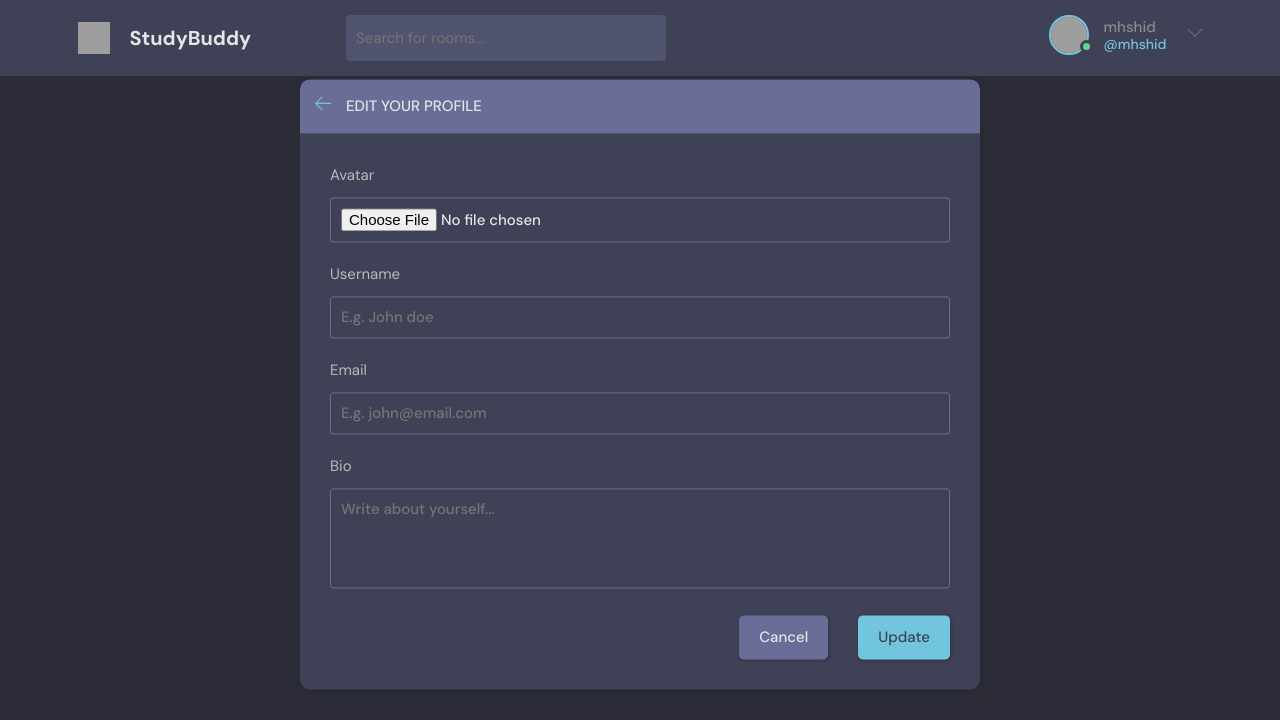
Repository: mahshid-o/basu-platform
Page: http://localhost/update-user/
These files come from the project's save history. The page is drawn as it stood at one moment and after the next save; the edit follows.
The browser window is 1280 px wide. The pictures show the whole page.
Pictures or frames that could not be fetched are drawn as grey boxes. The page is served by the project's application, run on Django 4.2 (manage.py). The first stored user is signed in. Other server files are loaded and not shown. The page reads the database file committed with the project.

Above is the page before, as saved 2024-02-13 12:08:36.

### base/templates/base/update-user.html
{% extends 'main.html' %}

{% block content %}

    <main class="update-account layout">
        <div class="container">
            <div class="layout__box">
                <div class="layout__boxHeader">
                    <div class="layout__boxTitle">
                        <a href="{% url 'home' %}">
                            <svg version="1.1" xmlns="http://www.w3.org/2000/svg" width="32" height="32"
                                viewBox="0 0 32 32">
                                <title>arrow-left</title>
                                <path
                                    d="M13.723 2.286l-13.723 13.714 13.719 13.714 1.616-1.611-10.96-10.96h27.625v-2.286h-27.625l10.965-10.965-1.616-1.607z">
                                </path>
                            </svg>
                        </a>
                        <h3>Edit your profile</h3>
                    </div>
                </div>
                <div class="layout__body">
                    <form class="form" action="" method="POST">
                      {% csrf_token %}
                        <div class="form__group">
                            <label for="profile_pic">Avatar</label>
                            <input id="profile_pic" name="profile_pic" type="file" />
                        </div>

              <div class="form__group">
                <label for="username">Username</label>
                <input id="username" name="username" type="text" placeholder="E.g. John doe" />
              </div>

              <div class="form__group">
                <label for="email">Email</label>
                <input id="email" name="email" type="text" placeholder="E.g. john@email.com" />
              </div>

                        <div class="form__group">
                            <label for="user_bio">Bio</label>
                            <textarea name="user_bio" id="user_bio" placeholder="Write about yourself..."></textarea>
                        </div>
                        <div class="form__action">
                            <a class="btn btn--dark" href="index.html">Cancel</a>
                            <button class="btn btn--main" type="submit">Update</button>
                        </div>
                    </form>
                </div>
            </div>
        </div>
      </div>
    </main>
{% endblock content %}

### templates/main.html
<!DOCTYPE html>
{% load static %}

<html lang="en">
  <head>
    <meta charset="UTF-8" />
    <meta http-equiv="X-UA-Compatible" content="IE=edge" />
    <meta name="viewport" content="width=device-width, initial-scale=1.0" />
    <link rel="shortcut icon" href="assets/favicon.ico" type="image/x-icon" />
    <link rel="stylesheet" href="{% static 'styles/style.css' %}" />
    <title>StudyBuddy - Find study partners around the world!</title>
  </head>

  <body>

    {% include 'navbar.html' %}

    {% if messages %}
        <ul class="messages">
            {% for message in messages %}
            <li>{{message}}</li>
            {% endfor %}
        </ul>
    {% endif %}

    {% block content %}


    {% endblock %}

    <script src="{% static 'js/script.js' %}"></script>
  </body>
</html>

### templates/navbar.html
{% load static %}

<header class="header header--loggedIn">
    <div class="container">
      <a href="{% url 'home' %}" class="header__logo">
        <img src="{% static 'images/logo.svg' %}" />
        <h1>StudyBuddy</h1>
      </a>
      <form class="header__search"  method="GET"  action = "{% url 'home' %}" >
        <label>
          <input  name="q"  placeholder="Search for rooms..." />
        </label>
      </form>
      <nav class="header__menu">


        <!-- Logged In -->
        {% if request.user.is_authenticated %}
        <div class="header__user">
          <a href="{% url 'update-user' %}">
            <div class="avatar avatar--medium active">
              <img src="https://randomuser.me/api/portraits/men/37.jpg" />
            </div>
            <p>{{request.user.username}}<span>@{{request.user.username}}</span></p>
          </a>
          <button class="dropdown-button">
            <svg version="1.1" xmlns="http://www.w3.org/2000/svg" width="32" height="32" viewBox="0 0 32 32">
              <title>chevron-down</title>
              <path d="M16 21l-13-13h-3l16 16 16-16h-3l-13 13z"></path>
            </svg>
          </button>
        </div>
        {% else %}
        <!-- Not Logged In -->
        <a href="{% url 'login' %}">
          <img src="{% static 'images/avatar.svg' %}" />
          <p>Login</p>
        </a>
        {% endif %}

        <div class="dropdown-menu">
          <a href="{% url 'update-user' %}" class="dropdown-link"
            ><svg version="1.1" xmlns="http://www.w3.org/2000/svg" width="32" height="32" viewBox="0 0 32 32">
              <title>tools</title>
              <path
                d="M27.465 32c-1.211 0-2.35-0.471-3.207-1.328l-9.392-9.391c-2.369 0.898-4.898 0.951-7.355 0.15-3.274-1.074-5.869-3.67-6.943-6.942-0.879-2.682-0.734-5.45 0.419-8.004 0.135-0.299 0.408-0.512 0.731-0.572 0.32-0.051 0.654 0.045 0.887 0.277l5.394 5.395 3.586-3.586-5.394-5.395c-0.232-0.232-0.336-0.564-0.276-0.887s0.272-0.596 0.572-0.732c2.552-1.152 5.318-1.295 8.001-0.418 3.274 1.074 5.869 3.67 6.943 6.942 0.806 2.457 0.752 4.987-0.15 7.358l9.392 9.391c0.844 0.842 1.328 2.012 1.328 3.207-0 2.5-2.034 4.535-4.535 4.535zM15.101 19.102c0.26 0 0.516 0.102 0.707 0.293l9.864 9.863c0.479 0.479 1.116 0.742 1.793 0.742 1.398 0 2.535-1.137 2.535-2.535 0-0.668-0.27-1.322-0.742-1.793l-9.864-9.863c-0.294-0.295-0.376-0.74-0.204-1.119 0.943-2.090 1.061-4.357 0.341-6.555-0.863-2.631-3.034-4.801-5.665-5.666-1.713-0.561-3.468-0.609-5.145-0.164l4.986 4.988c0.391 0.391 0.391 1.023 0 1.414l-5 5c-0.188 0.188-0.441 0.293-0.707 0.293s-0.52-0.105-0.707-0.293l-4.987-4.988c-0.45 1.682-0.397 3.436 0.164 5.146 0.863 2.631 3.034 4.801 5.665 5.666 2.2 0.721 4.466 0.604 6.555-0.342 0.132-0.059 0.271-0.088 0.411-0.088z"
              ></path>
            </svg>
            Settings</a
          >
          <a href="{% url 'logout' %}" class="dropdown-link"
            ><svg version="1.1" xmlns="http://www.w3.org/2000/svg" width="32" height="32" viewBox="0 0 32 32">
              <title>sign-out</title>
              <path
                d="M3 0h22c0.553 0 1 0 1 0.553l-0 3.447h-2v-2h-20v28h20v-2h2l0 3.447c0 0.553-0.447 0.553-1 0.553h-22c-0.553 0-1-0.447-1-1v-30c0-0.553 0.447-1 1-1z"
              ></path>
              <path
                d="M21.879 21.293l1.414 1.414 6.707-6.707-6.707-6.707-1.414 1.414 4.293 4.293h-14.172v2h14.172l-4.293 4.293z"
              ></path>
            </svg>
            Logout</a>
        </div>
      </nav>
    </div>
  </header>





{% comment %} {% if request.user.is_authenticated %}
<p>Hello {{request.user}}</p>
<a href="{% url 'logout' %}">Logout</a>
{% else %}
<a href="{% url 'login' %}">Login</a>
{% endif %} {% endcomment %}

### base/views.py
from email import message
from pydoc import describe
from django.shortcuts import render, redirect
from django.http import HttpResponse
from .models import Room , Topic ,Message
from .forms import RoomForm
from django.db.models import Q
from django.contrib.auth.decorators import login_required
from django.contrib.auth.models import User
from django.contrib import messages
from django.contrib.auth import authenticate,login,logout
from django.contrib.auth.forms import UserCreationForm

# from django.http import HttpResponse

# rooms = [
#     {'id':1 , 'name':'lets learn python'},
#     {'id':2 , 'name':'Design with me'},
#     {'id':3 , 'name':'Frontend developers'},
# ]



def loginPage(request):

    page='login'

    if request.user.is_authenticated:
        return redirect('home')

    if request.method == "POST":
        username = request.POST.get('username').lower()
        password = request.POST.get('password')

        try:
            user=User.objects.get(username=username)
        except:
            messages.error(request,'User does not exist')

        user=authenticate(request,username=username,password=password)

        if user is not None:
            login(request,user)
            return redirect('home')
        else:
            messages.error(request,'Username OR password does not exist')



    context={'page':page}
    return render(request,'base/login_register.html',context)


def logoutUser(request):
    logout(request)
    return redirect('home')

def registerPage(request):
    form = UserCreationForm()

    if request.method == 'POST':
        form = UserCreationForm(request.POST)
        if form.is_valid():
            user = form.save(commit=False)
            user.username = user.username.lower()
            user.save()
            login(request,user)
            return redirect('home')
    else:
        messages.error(request,'An error occurred during registration')

    return render(request,'base/login_register.html', {'form':form})



def home(request):

    q = request.GET.get('q') if request.GET.get('q') != None else ''

    rooms = Room.objects.filter(
        Q(topic__name__icontains=q) |
        Q(name__icontains=q) |
        Q(description__icontains=q)
    )

    topics = Topic.objects.all()
    room_count = rooms.count()
    room_messages = Message.objects.filter(Q(room__topic__name__icontains=q))

    context = {'rooms': rooms, 'topics':topics ,
                'room_count': room_count , 'room_messages' : room_messages}
    return render(request , 'base/home.html' , context)

def room(request , pk):
    room = Room.objects.get(id=pk)
    room_messages = Message.objects.filter(room = room)
    participants = room.participants.all()


    if request.method == 'POST':
        message = Message.objects.create(
            user=request.user,
            room=room,
            body=request.POST.get('body')
        )
        room.participants.add(request.user)
        return redirect('room', pk=room.pk)


    context = {'room' : room , 'room_messages':room_messages,'participants': participants}

    return render(request , 'base/room.html' , context)


def userProfile(request,pk):
    user = User.objects.get(id=pk)
    #rooms = User.room_set.all()
    rooms = Room.objects.filter(host = user)
    room_messages = Message.objects.filter(user = user)
    topics = Topic.objects.all()
    context = {'user':user , 'rooms':rooms ,
                'room_messages' :room_messages , 'topics':topics}
    return render(request,'base/profile.html',context)






@login_required(login_url='login')
def createRoom(request):
    form = RoomForm()
    topics = Topic.objects.all()
    if request.method =='POST':
        topic_name = request.POST.get('topic')
        topic , created = Topic.objects.get_or_create(name=topic_name)

        Room.objects.create(
            host=request.user,
            topic=topic,
            name=request.POST.get('name'),
            description=request.POST.get('description')
        )

        return redirect('home')

    context = {'form':form , 'topics': topics}
    return render(request , 'base/room_form.html' , context)


@login_required(login_url='login')
def updateRoom(request, pk):
    room = Room.objects.get(id=pk)
    form = RoomForm(instance=room)
    topics = Topic.objects.all()
    if request.user != room.host:
        return HttpResponse('You are not allowed here!!')


    if request.method == 'POST':
        topic_name = request.POST.get('topic')
        topic , created = Topic.objects.get_or_create(name=topic_name)
        room.name = request.POST.get('name')
        room.topic = topic
        room.description = request.POST.get('description')
        room.save()
        return redirect('home')

    context={'form':form , 'topics': topics , 'room':room}
    return render(request, 'base/room_form.html', context)



@login_required(login_url='login')
def deleteRoom(request,pk):
    room = Room.objects.get(id=pk)

    if request.user != room.host:
        return HttpResponse('You are not allowed here!!')

    if request.method == 'POST':
        room.delete()
        return redirect('home')
    return render(request,'base/delete.html',{'obj':room})


@login_required(login_url='login')
def deleteMessage(request,pk):
    message = Message.objects.get(id=pk)

    if request.user != message.user:
        return HttpResponse('You are not allowed here!!')

    if request.method == 'POST':
        message.delete()
        return redirect('home')
    return render(request,'base/delete.html',{'obj':message})


@login_required(login_url='login')
def updateUser(request):
    return render(request , 'base/update-user.html')

### mysite/urls.py
"""
URL configuration for mysite project.

The `urlpatterns` list routes URLs to views. For more information please see:
    https://docs.djangoproject.com/en/4.2/topics/http/urls/
Examples:
Function views
    1. Add an import:  from my_app import views
    2. Add a URL to urlpatterns:  path('', views.home, name='home')
Class-based views
    1. Add an import:  from other_app.views import Home
    2. Add a URL to urlpatterns:  path('', Home.as_view(), name='home')
Including another URLconf
    1. Import the include() function: from django.urls import include, path
    2. Add a URL to urlpatterns:  path('blog/', include('blog.urls'))
"""
from django.contrib import admin
from django.urls import path , include



urlpatterns = [
    path('admin/', admin.site.urls),
    path('', include('base.urls'))
]

### base/urls.py
from django.urls import path
from . import views


urlpatterns = [
    path("login/", views.loginPage , name="login"),
    path("logout/", views.logoutUser , name="logout"),
    path("register/", views.registerPage , name="register"),


    path('',views.home , name="home"),
    path('room/<str:pk>/', views.room , name="room"),
    path('profile/<str:pk>/', views.userProfile , name="user-profile"),
    path('create-room/', views.createRoom , name="create-room"),
    path('update-room/<str:pk>/', views.updateRoom , name="update-room"),
    path('delete-room/<str:pk>/', views.deleteRoom , name="delete-room"),
    path('delete-message/<str:pk>/', views.deleteMessage , name="delete-message"),
    path('update-user/', views.updateUser , name="update-user"),
]

### db.sqlite3 (the tables this page reads, as SQL)
CREATE TABLE "auth_user" ("id" integer NOT NULL PRIMARY KEY AUTOINCREMENT, "password" varchar(128) NOT NULL, "last_login" datetime NULL, "is_superuser" bool NOT NULL, "username" varchar(150) NOT NULL UNIQUE, "last_name" varchar(150) NOT NULL, "email" varchar(254) NOT NULL, "is_staff" bool NOT NULL, "is_active" bool NOT NULL, "date_joined" datetime NOT NULL, "first_name" varchar(150) NOT NULL);
INSERT INTO "auth_user" VALUES
(1, 'pbkdf2_sha256$600000$ZbQc8j8UH08RnxTZ6KnuXv$xtDRUK4LHTNnEfulZZv6LoNPAUxuOoMD+ttf0MMtWeE=', '2024-02-14 09:50:55.335312', 1, 'mhshid', '', 'zahra.oveisii@gmail.com', 1, 1, '2024-01-23 09:17:24.948078', ''),
(2, 'pbkdf2_sha256$600000$4PoGEmPzRd8eH216s8WTHu$NVkLw/exxLP2M8U2SrM/2PwQUYKZJ3DkkumIwcwtkOY=', '2024-02-09 07:59:51.288528', 0, 'mahsa', '', '', 0, 1, '2024-01-23 19:04:40.586207', ''),
(3, 'pbkdf2_sha256$600000$HVA7vVnygIdMk2P7sH3iZQ$tEhvRkDo9dzIIf4AbUm/7FsKXcKTi8y128y3tBzkf7s=', '2024-02-09 17:12:38.769865', 0, 'sara', '', '', 0, 1, '2024-02-07 11:40:55.549691', ''),
(4, 'pbkdf2_sha256$600000$SeTnK32W3JcaE9DRuwPB1H$4UDaBZTrwg5UvUbh5V3/gD1taXbhHyj5LsKKezmqK08=', '2024-02-14 10:00:44.625743', 0, 'elnaz', '', '', 0, 1, '2024-02-14 10:00:43.423452', '');

Loaded but not shown: static/js/script.js (69 lines, source omitted); static/styles/style.css (1165 lines, source omitted)

After the next save:
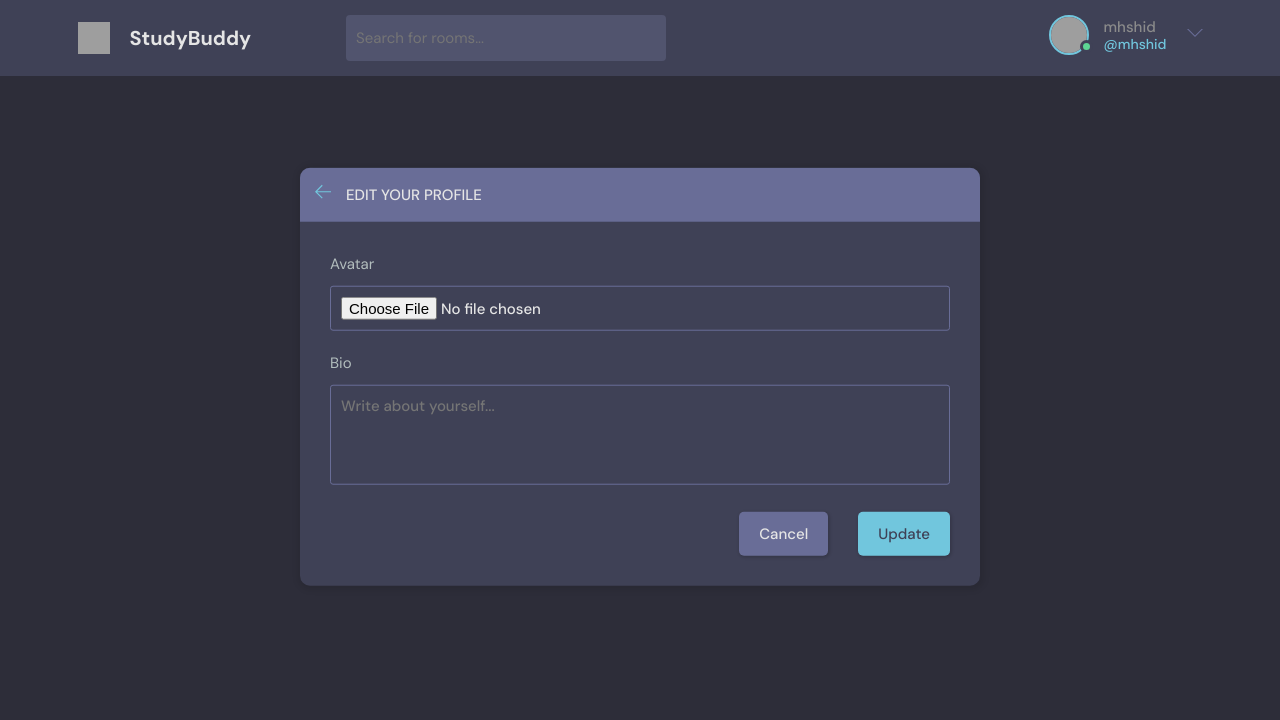
Saved 33 s later.
--- a/base/templates/base/update-user.html
+++ b/base/templates/base/update-user.html
@@ -27,16 +27,6 @@
                             <input id="profile_pic" name="profile_pic" type="file" />
                         </div>
 
-              <div class="form__group">
-                <label for="username">Username</label>
-                <input id="username" name="username" type="text" placeholder="E.g. John doe" />
-              </div>
-
-              <div class="form__group">
-                <label for="email">Email</label>
-                <input id="email" name="email" type="text" placeholder="E.g. john@email.com" />
-              </div>
-
                         <div class="form__group">
                             <label for="user_bio">Bio</label>
                             <textarea name="user_bio" id="user_bio" placeholder="Write about yourself..."></textarea>
